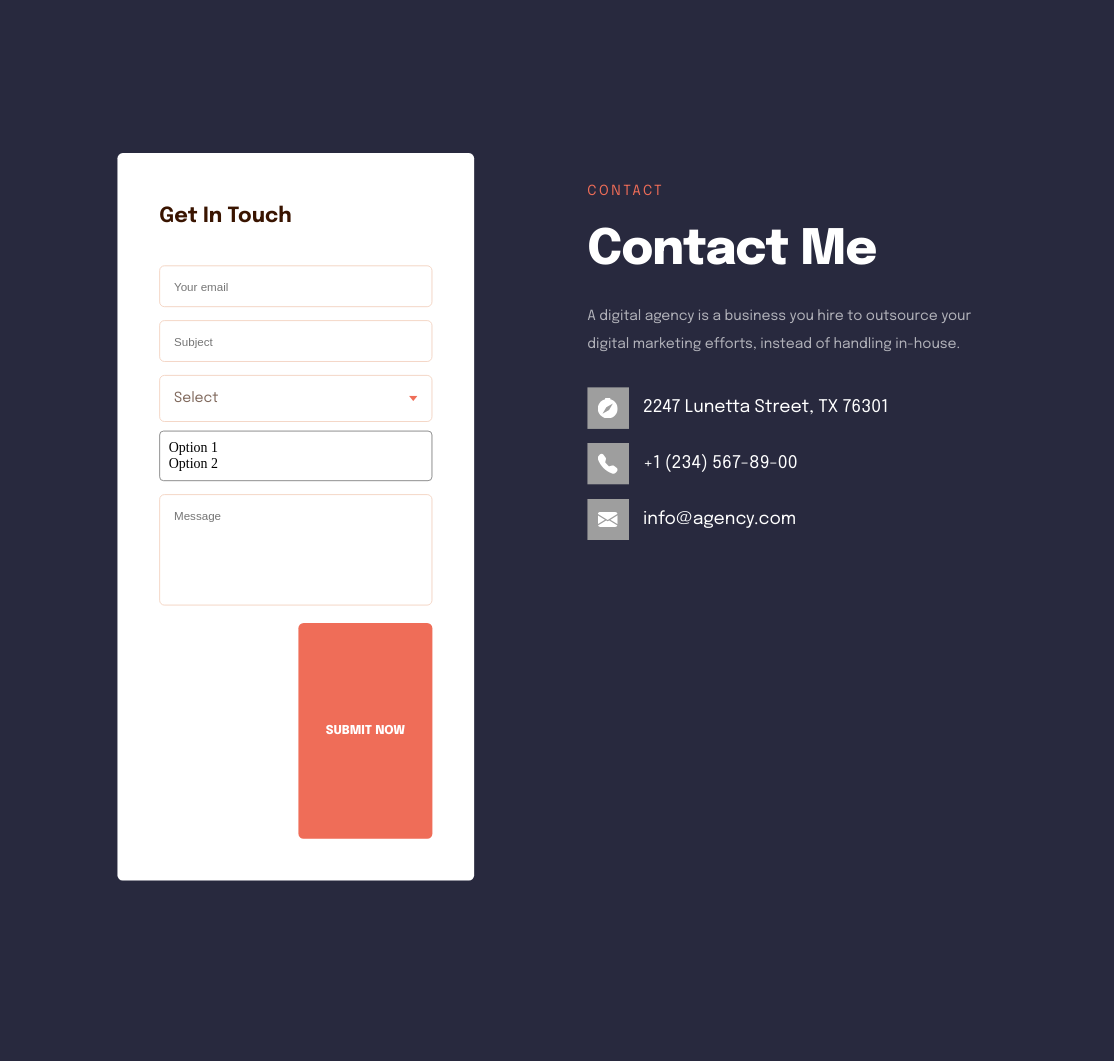
Repository: NatiqSamiyev/form-task-2
Page: index.html
The author's editor kept a copy of each file at every save. The page is drawn from the files as they stood at one save, then again after the next save.
The browser window is 1280 px wide. The pictures show the whole page, at 87% of full size.
Pictures or frames that could not be fetched are drawn as grey boxes. Some web fonts or font styles are not loaded; a fallback is used.

Above is the page before, as saved 2023-10-26 11:49:44.

After the next save:
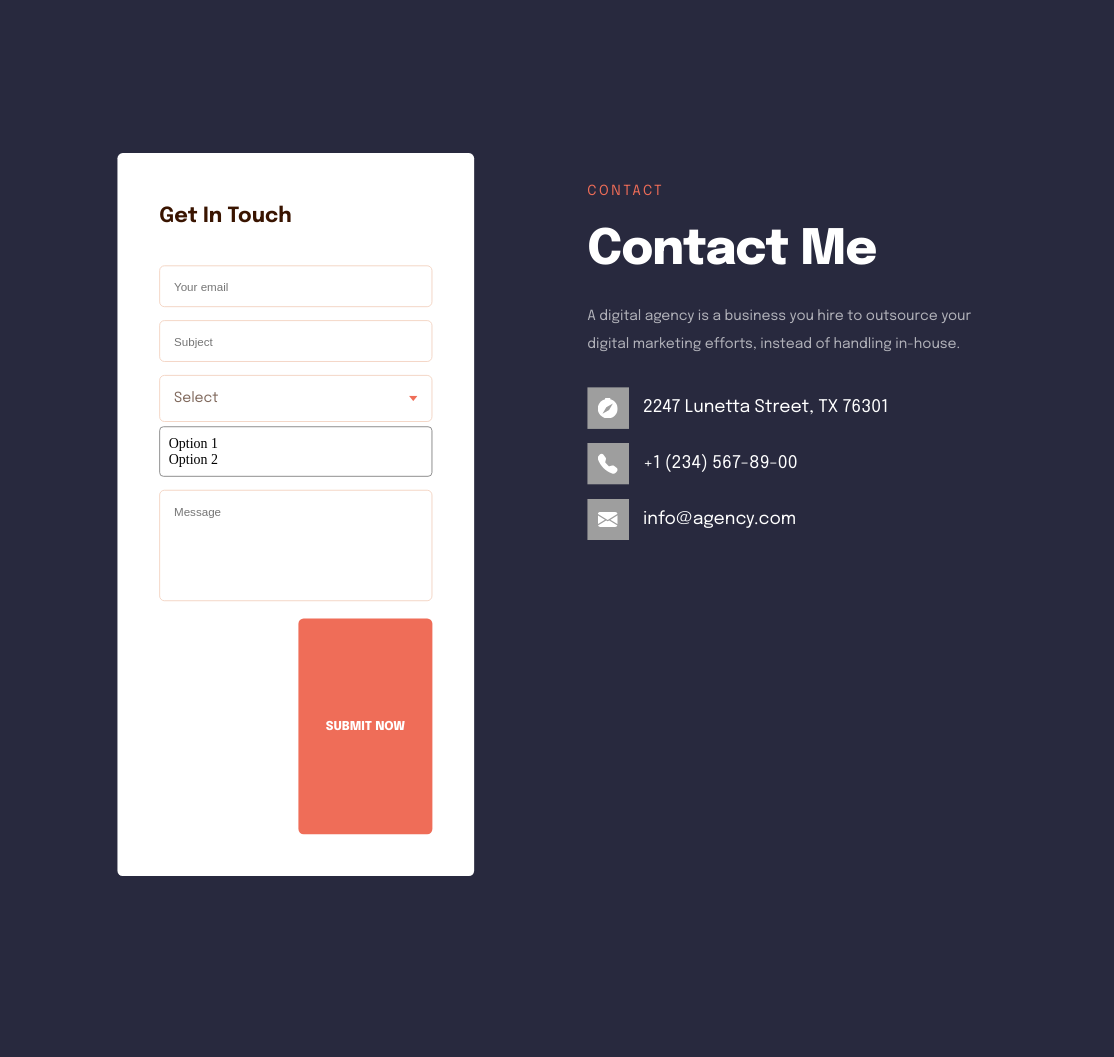
Saved 35 s later.
--- a/index.css
+++ b/index.css
@@ -193,5 +193,5 @@ text-align: start;
 border: 1px solid gray;
 border-radius: 5px;
 padding: 10px;
-margin-top: 10px;
+margin-top: 5px;
 }
